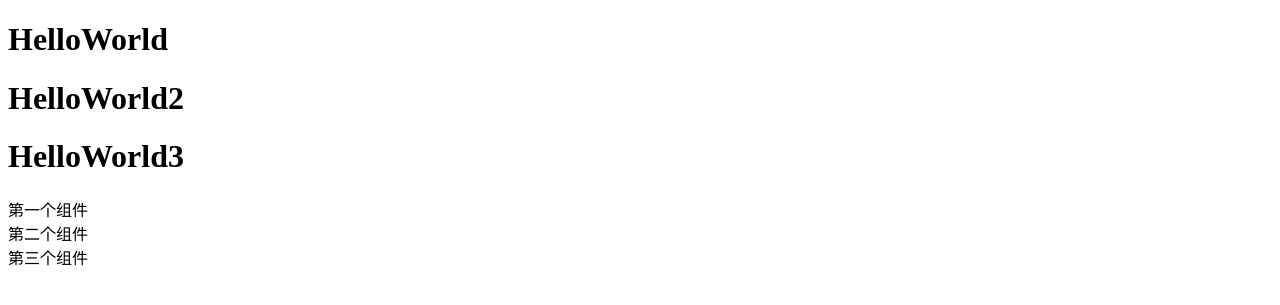
Repository: chenguocan/Vue_component
Page: 局部组件.html
These files come from the project's save history. The page is drawn as it stood at one moment and after the next save; the edit follows.
The browser window is 1280 px wide. The pictures show the whole page.

Above is the page before, as saved 2020-07-23 09:34:56.

After the next save:
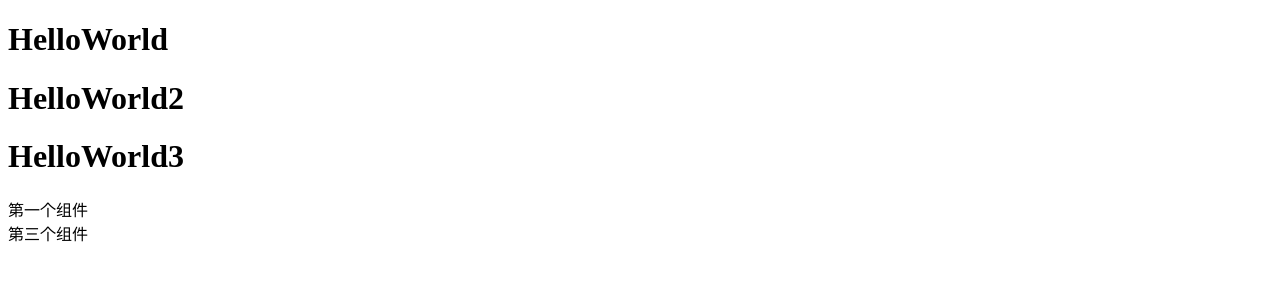
Saved 60 s later.
--- a/局部组件.html
+++ b/局部组件.html
@@ -44,11 +44,11 @@
     Vue.component("first-component", {
       data: function () {
         return {
-          msg: "第一个组件",
+          first: "第一个组件",
         };
       },
       template: `
-      <div>{{msg}}</div>
+      <div>{{first}}</div>
       <first-component></first-component>
       <second-component></second-component>
       <third-component></third-component>
@@ -57,11 +57,11 @@
     Vue.component("second-component", {
       data: function () {
         return {
-          msg: "第二个组件",
+          msg: "second",
         };
       },
       template: `
-      <div>{{msg}}</div>
+      <div>{{second}}</div>
       <first-component></first-component>
       <second-component></second-component>
       <third-component></third-component>
@@ -70,11 +70,11 @@
     Vue.component("third-component", {
       data: function () {
         return {
-          msg: "第三个组件",
+          third: "第三个组件",
         };
       },
       template: `
-      <div>{{msg}}</div>
+      <div>{{third}}</div>
       <first-component></first-component>
       <second-component></second-component>
       <third-component></third-component>`,
